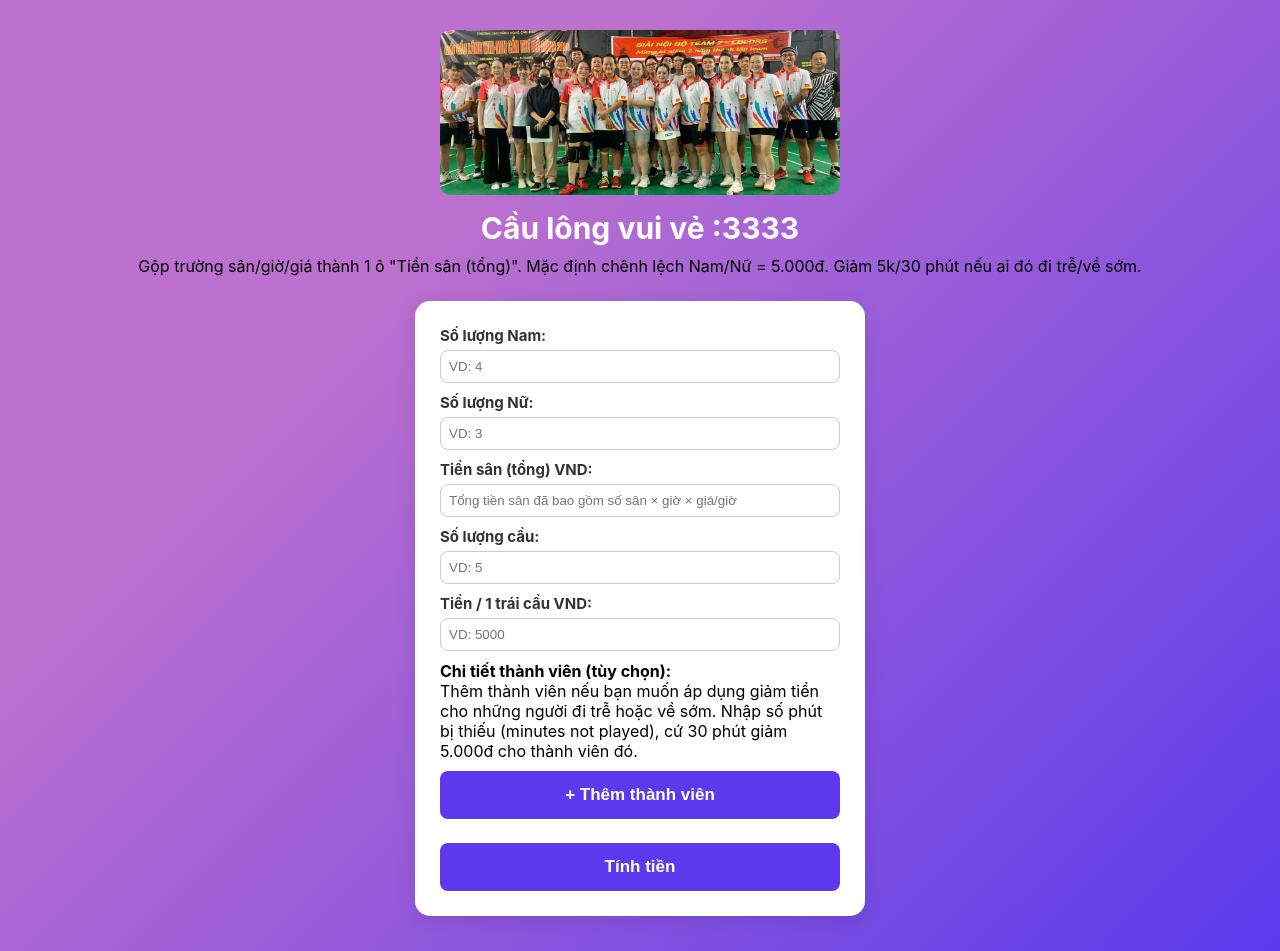
Repository: LuongPTCE181311/Badminton
Page: index.html
The author's editor kept a copy of each file at every save. The page is drawn from the files as they stood at one save, then again after a run of saves.
The browser window is 1280 px wide. The pictures show the whole page.

Above is the page before, as saved 2025-12-09 13:25:40.

After the next 2 saves:
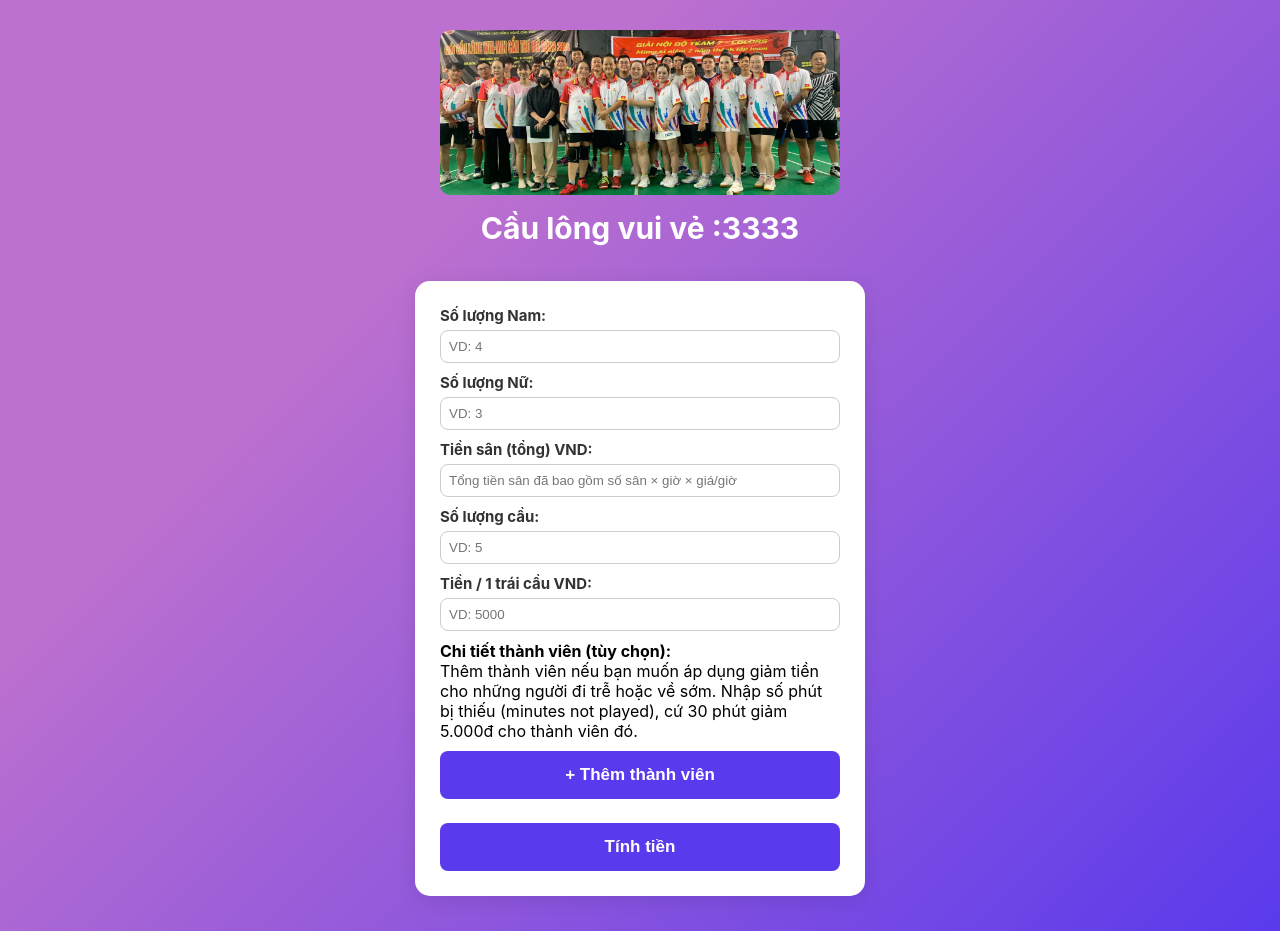
The 2 saves are shown as one change because they came seconds apart.
The last was saved 27 s later.
--- a/index.html
+++ b/index.html
@@ -12,8 +12,6 @@
     <div class="hero">
         <img src="assets/images/Caulongvuive.jpg" id="img" class="hero-img" alt="Group" />
         <h1 class="title">Cầu lông vui vẻ :3333</h1>
-        <div class="note">Gộp trường sân/giờ/giá thành 1 ô "Tiền sân (tổng)". Mặc định chênh lệch Nam/Nữ = 5.000đ. Giảm
-            5k/30 phút nếu ai đó đi trễ/về sớm.</div>
     </div>
 
     <div class="container">
